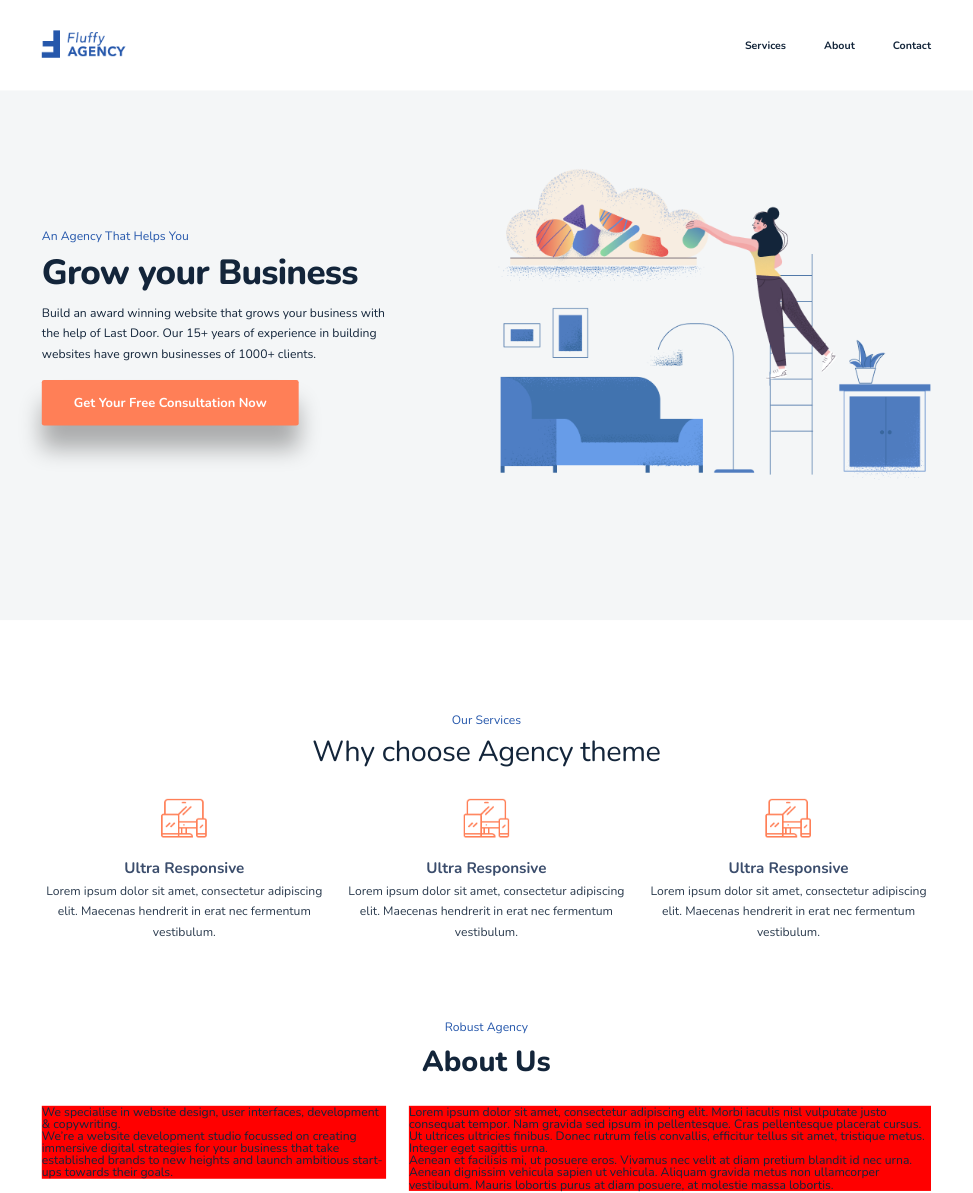
Repository: pixendrit/beetroot-fe-g1
Page: classwork/11 - Creating forms/fluffy-agency/index.html
The author's editor kept a copy of each file at every save. The page is drawn from the files as they stood at one save, then again after the next save.
The browser window is 1280 px wide. The pictures show the whole page, at 76% of full size.

Above is the page before, as saved 2021-02-06 12:31:42.

### classwork/11 - Creating forms/fluffy-agency/index.html
<!DOCTYPE html>
<html lang="en">

<head>
  <meta charset="UTF-8">
  <meta http-equiv="X-UA-Compatible" content="IE=edge">
  <meta name="viewport" content="width=device-width, initial-scale=1.0">
  <link rel="preconnect" href="https://fonts.gstatic.com">
  <link href="https://fonts.googleapis.com/css2?family=Nunito:ital,wght@0,300;0,400;0,600;0,700;0,800;1,300;1,400;1,600;1,700;1,800&display=swap" rel="stylesheet">
  <link rel="stylesheet" href="./styles/style.css">
  <title>Fluffy Agency</title>
</head>

<body>
  <header class="main-header">
    <div class="container">
      <div class="flex-container">
        <a href="index.html" class="logo"><img src="./images/logo.png" alt="fluffy"></a>
        <nav class="main-nav">
          <ul>
            <li><a href="#">Services</a></li>
            <li><a href="#">About</a></li>
            <li><a href="#">Contact</a></li>
          </ul>
        </nav>
      </div>
    </div>
  </header>
  <main class="main-content">
    <section class="hero">
      <div class="container">
        <div class="flex-container">
          <div class="hero__text">
            <span class="subtitle">An Agency That Helps You</span>
            <h1>Grow your Business</h1>
            <p>Build an award winning website that grows your business with the help of Last Door. Our 15+ years of experience in building websites have grown businesses of 1000+
              clients.</p>
            <a href="#" class="btn">Get Your Free Consultation Now</a>
          </div>
          <div class="hero__image"><img src="./images/uploading-illustration.png" alt="uploading-illustration"></div>
        </div>
      </div>
    </section>
    <section class="services full-block">
      <div class="container">
        <div class="services__headline">
          <span class="subtitle">Our Services</span>
          <h2>Why choose Agency theme</h2>
        </div>
        <div class="flex-container">
          <div class="service-box">
            <div class="service-box__icon">
              <img src="./images/icon-ultra-responsive.png" alt="icon-ultra-responsive">
            </div>
            <div class="service-box__content">
              <h4>Ultra Responsive</h4>
              <p>Lorem ipsum dolor sit amet, consectetur adipiscing elit. Maecenas hendrerit in erat nec fermentum vestibulum.</p>
            </div>
          </div>
          <div class="service-box">
            <div class="service-box__icon">
              <img src="./images/icon-ultra-responsive.png" alt="icon-ultra-responsive">
            </div>
            <div class="service-box__content">
              <h4>Ultra Responsive</h4>
              <p>Lorem ipsum dolor sit amet, consectetur adipiscing elit. Maecenas hendrerit in erat nec fermentum vestibulum.</p>
            </div>
          </div>
          <div class="service-box">
            <div class="service-box__icon">
              <img src="./images/icon-ultra-responsive.png" alt="icon-ultra-responsive">
            </div>
            <div class="service-box__content">
              <h4>Ultra Responsive</h4>
              <p>Lorem ipsum dolor sit amet, consectetur adipiscing elit. Maecenas hendrerit in erat nec fermentum vestibulum.</p>
            </div>
          </div>
        </div>
      </div>
    </section>
    <section class="aboutus full-block">
      <div class="container">
        <div class="aboutus__text">
          <div class="abouts__heading">
            <span class="subtitle">Robust Agency</span>
            <h2>About Us</h2>
          </div>
          <div class="flex-container">
            <div class="aboutus__left">
              <h5>We specialise in website design, user interfaces, development & copywriting.</h5>
              <p>We’re a website development studio focussed on creating immersive digital strategies for your business that take established brands to new heights and launch
                ambitious start-ups
                towards their goals.</p>
            </div>
            <div class="aboutus__right">
              <p>
                Lorem ipsum dolor sit amet, consectetur adipiscing elit. Morbi iaculis nisl vulputate justo consequat tempor. Nam gravida sed ipsum in pellentesque. Cras
                pellentesque
                placerat
                cursus. Ut ultrices ultricies finibus. Donec rutrum felis convallis, efficitur tellus sit amet, tristique metus. Integer eget sagittis urna.
              </p>

              <p>
                Aenean et facilisis mi, ut posuere eros. Vivamus nec velit at diam pretium blandit id nec urna. Aenean dignissim vehicula sapien ut vehicula. Aliquam gravida metus
                non ullamcorper
                vestibulum. Mauris lobortis purus at diam posuere, at molestie massa lobortis.
              </p>
            </div>
          </div>
        </div>
        <div class="aboutus__relax"></div>
      </div>
    </section>
  </main>
  <footer class="main-footer"></footer>
</body>

</html>

### classwork/11 - Creating forms/fluffy-agency/styles/style.css
html, body, div, span, applet, object, iframe,
h1, h2, h3, h4, h5, h6, p, blockquote, pre,
a, abbr, acronym, address, big, cite, code,
del, dfn, em, img, ins, kbd, q, s, samp,
small, strike, strong, sub, sup, tt, var,
b, u, i, center,
dl, dt, dd, ol, ul, li,
fieldset, form, label, legend,
table, caption, tbody, tfoot, thead, tr, th, td,
article, aside, canvas, details, embed,
figure, figcaption, footer, header, hgroup,
menu, nav, output, ruby, section, summary,
time, mark, audio, video {
	margin: 0;
	padding: 0;
	border: 0;
	font-size: 100%;
	font: inherit;
	vertical-align: baseline;
}
/* HTML5 display-role reset for older browsers */
article, aside, details, figcaption, figure,
footer, header, hgroup, menu, nav, section {
	display: block;
}
body {
	line-height: 1;
}
ol, ul {
	list-style: none;
}
blockquote, q {
	quotes: none;
}
blockquote:before, blockquote:after,
q:before, q:after {
	content: '';
	content: none;
}
table {
	border-collapse: collapse;
	border-spacing: 0;
}
*,*:before,*:after {
  box-sizing: border-box;
}
/* ============================================ */

body {
 font-family: 'Nunito', sans-serif;
 color: #13253A;
 font-size: 16px;
}
.container {
  max-width: 1170px;
  width: 100%;
  margin: 0 auto;
}
.full-block {
  float: left;
  width: 100%;
}

/* HEADER */
.main-header {
  float: left;
  width: 100%;
  padding-top:40px;
  padding-bottom:40px;
}
.main-header .flex-container {
  width: 100%;
  display: flex;
  align-items: center;
  justify-content: space-between;
}
.main-nav li {
  margin-right:50px;
}
.main-nav li:last-child {
  margin-right: 0;
}
.main-nav a {
  text-decoration: none;
  font-size: 14px;
  font-weight: 700;
  color: #13253A;
}
.main-nav a:hover {
  color: #FF7F57;
}
.main-nav ul {
  display: inline-flex;
}
/* END HEADER */
/* HERO BANNER */
.hero {
  float: left;
  width: 100%;
  background: #F4F6F7;
  padding-top: 103px;
  padding-bottom: 178px;
}
.hero .flex-container {
  display: flex;
  justify-content: space-between;
  align-items: center;
}
.hero__image {
  flex-shrink: 0;
  flex-grow: 0;
}
.hero__text {
  padding-right:130px;
}

.hero h1 {
  font-size: 46px;
  line-height: 1.33em;
  letter-spacing: -1px;
  color: #13253A;
  font-weight: 800;
  margin-bottom: 10px;
}
.hero p{
  font-size: 16px;
  line-height: 169%;
  color: #13253A;
  margin-bottom: 20px;
}
.hero .btn {
  background: #FF7F57;
  box-shadow: 0px 30px 30px rgba(0, 0, 0, 0.3);
  border-radius: 3px;
  height: 60px;
  display: flex;
  align-items: center;
  justify-content: center;
  float: left;
  text-decoration: none;
  color: white;
  font-weight: 700;
  font-size: 17px;
  padding-left: 42px;
  padding-right: 42px;
}
/* END HERO BANNER */
/* SERVICES */
.services {
  padding-top: 120px;
  padding-bottom: 100px;
}
.services .flex-container {
  width: 100%;
  display: flex;
  justify-content: space-between;
}
.services__headline {
  float: left;
  width: 100%;
  text-align: center;
  margin-bottom: 30px;
}

.services__headline h2 {
  font-size: 38px;
  line-height: 52px;
  text-align: center;
  letter-spacing: -0.5px;
  color: #13253A;
}
.service-box {
  width: calc(33.333333% - 15px);
  display: flex;
  justify-content: center;
  flex-wrap: wrap;
  text-align: center;
}
.service-box__icon {
  margin-bottom: 20px;
}
.service-box h4 {
  font-weight: bold;
  font-size: 20px;
  line-height: 1.1em;
  text-align: center;
  margin-bottom: 5px;
  color: #3B4D6C;
}
.service-box p {
  font-size: 16px;
  line-height: 169%;
  color: #13253A;
  opacity: 0.9;
}
.subtitle {
 float: left;
  width: 100%;
  font-weight: 500;
  font-size: 16px;
  line-height: 1.4em;
  color: #2557AB;
  margin-bottom: 5px;
}
/* END SERVICES */
/* ABOUT US */
.abouts__heading {
  float: left;
  width: 100%;
  text-align: center;
  margin-bottom: 30px;
}
.abouts__heading h2 {
  font-size: 38px;
line-height: 1.5em;
font-weight: 800;
float: left;
width: 100%;
color: #13253A;
}
.aboutus__text .flex-container {
  width: 100%;
  display: flex;
  justify-content: space-between;
  align-items: flex-start;
}
.aboutus__left {
  width: calc(40% - 15px);
  background: red;
}
.aboutus__right {
  width: calc(60% - 15px);
  background: red;
}
/* END ABOUT US */

After the next save:
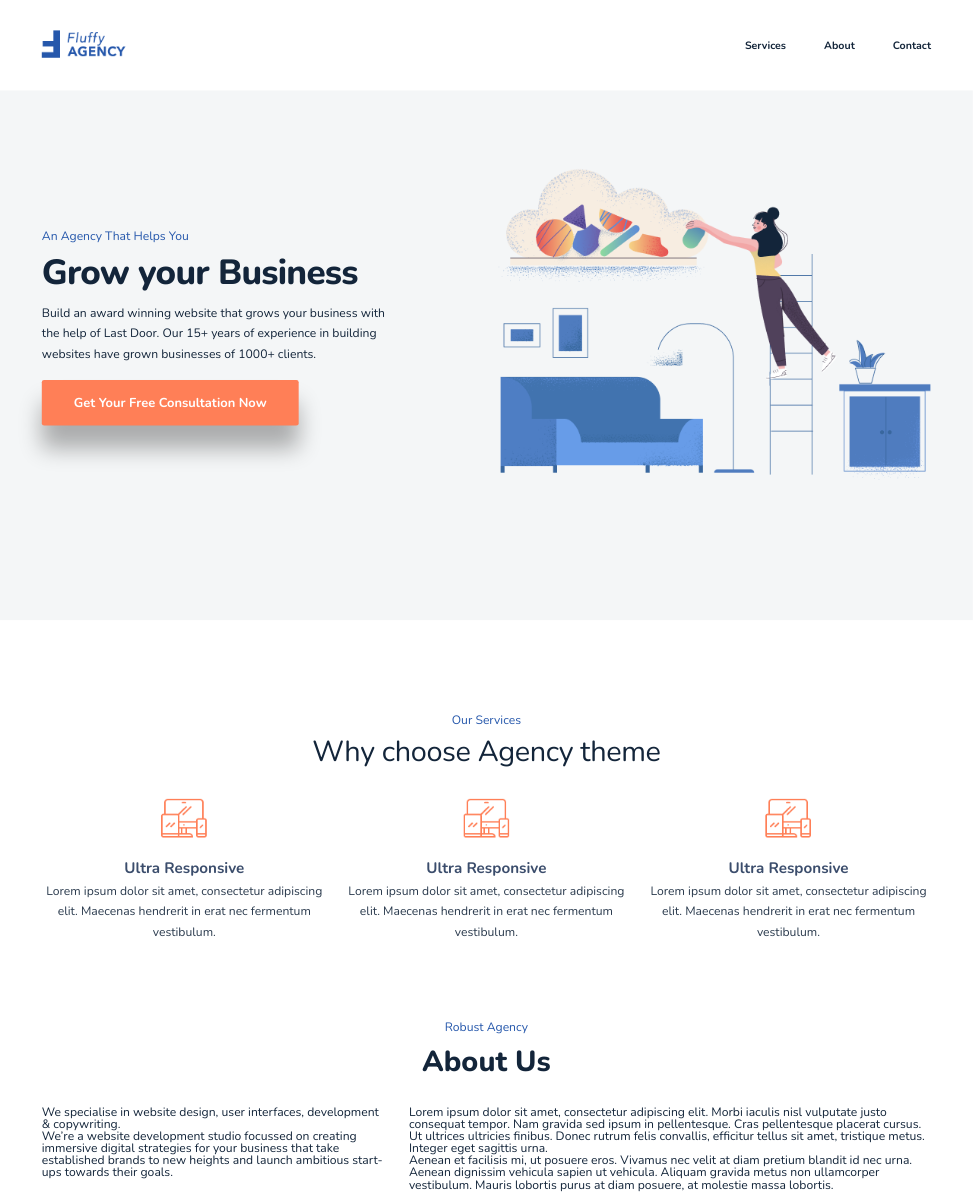
Saved 8 s later.
--- a/classwork/11 - Creating forms/fluffy-agency/styles/style.css
+++ b/classwork/11 - Creating forms/fluffy-agency/styles/style.css
@@ -226,10 +226,8 @@
 }
 .aboutus__left {
   width: calc(40% - 15px);
-  background: red;
 }
 .aboutus__right {
   width: calc(60% - 15px);
-  background: red;
 }
 /* END ABOUT US */
